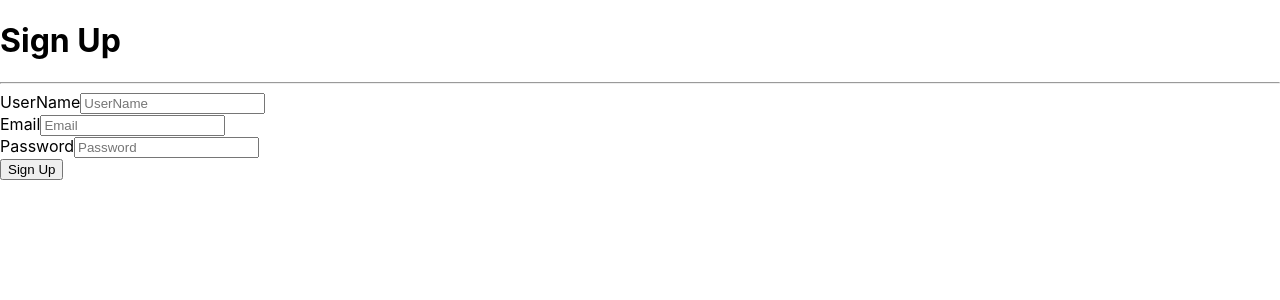
Repository: tosaken1116/Backs-of-seniors-hackathon
Page: /components/SignUpModal
The author's editor kept a copy of each file at every save. The page is drawn from the files as they stood at one save, then again after the next save.
The browser window is 1280 px wide. The pictures show the whole page.
The project was rebuilt for these pictures with package versions that can differ from the ones it lists, and the page was loaded fresh each time. The framework's server and built-in components were replaced by stand-ins that run in the browser. Also part of the build but not shown: next.config.js.

Above is the page before, as saved 2022-07-16 13:35:58.

After the next save:
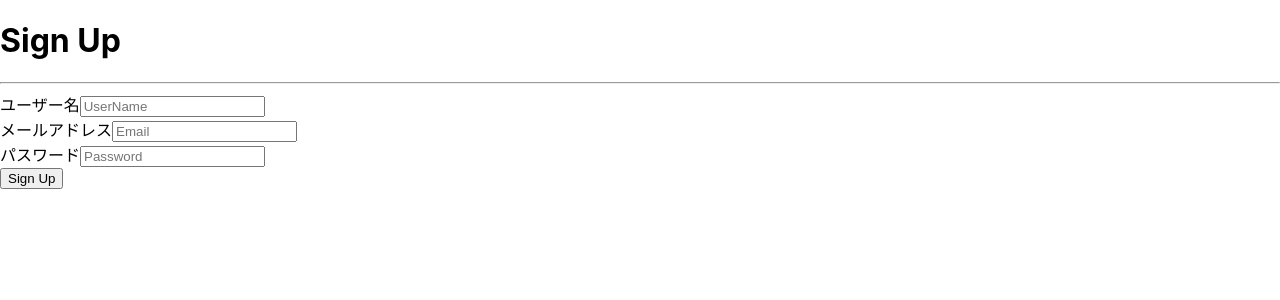
Saved 117 s later.
--- a/pages/components/SignUpModal.tsx
+++ b/pages/components/SignUpModal.tsx
@@ -21,13 +21,13 @@ export default function SignInModal() {
     const validate = (values) => {
         const errors = {};
         if (!values.username) {
-            errors.username = "Enter Username";
+            errors.username = "ユーザー名を入力してください";
         }
         if (!values.email) {
-            errors.username = "Enter EmailAddress";
+            errors.email = "メールアドレスを入力してください";
         }
         if (!values.password) {
-            errors.username = "Enter Password";
+            errors.password = "パスワードを入力してください";
         }
     };
 
@@ -38,7 +38,7 @@ export default function SignInModal() {
                 <hr />
                 <div className="uiForm">
                     <div className="formField">
-                        <label>UserName</label>
+                        <label>ユーザー名</label>
                         <input
                             type="text"
                             placeholder="UserName"
@@ -47,7 +47,7 @@ export default function SignInModal() {
                         />
                     </div>
                     <div className="formField">
-                        <label>Email</label>
+                        <label>メールアドレス</label>
                         <input
                             type="text"
                             placeholder="Email"
@@ -56,7 +56,7 @@ export default function SignInModal() {
                         />
                     </div>
                     <div className="formField">
-                        <label>Password</label>
+                        <label>パスワード</label>
                         <input
                             type="text"
                             placeholder="Password"
